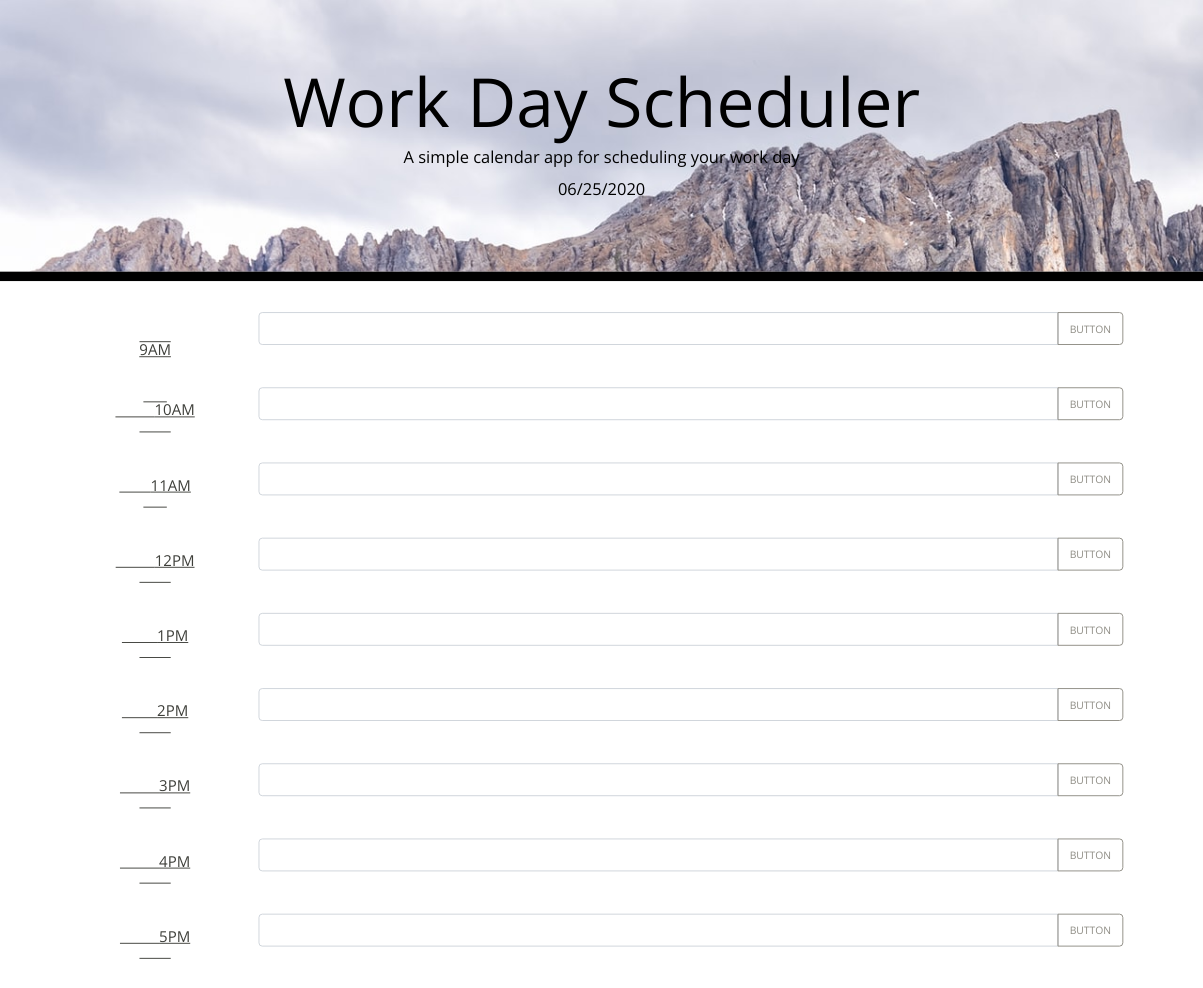
Repository: himaja830/Day-Planner
Page: Develop/index.html
An editor plug-in stored every save of this project. The page is shown before and after the next save, followed by the edit.
The browser window is 1280 px wide. The pictures show the whole page, at 94% of full size.
Some web libraries are served in a nearby version.

Above is the page before, as saved 2020-06-25 15:02:13.

After the next save:
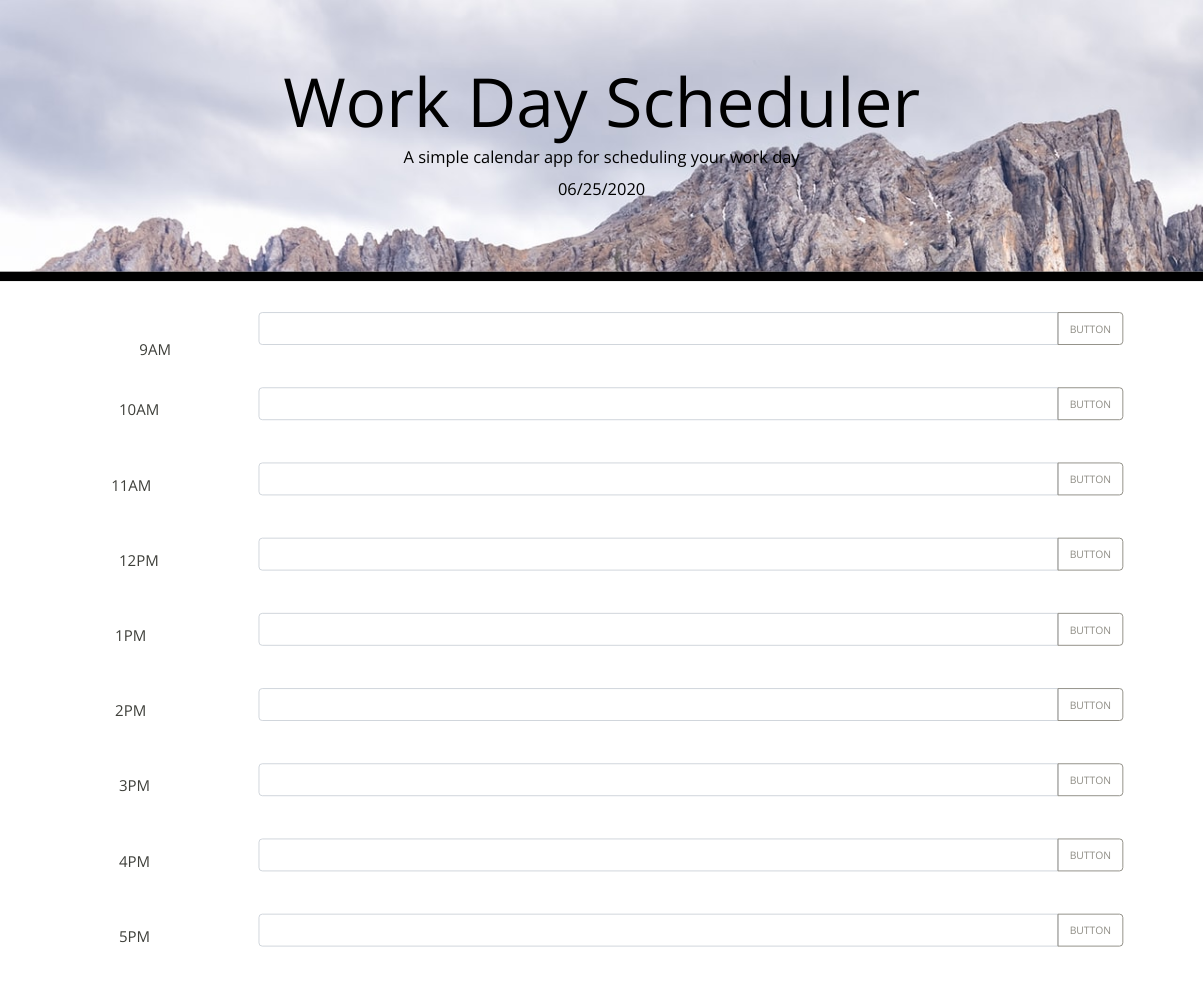
Saved 13 s later.
--- a/Develop/style.css
+++ b/Develop/style.css
@@ -66,9 +66,9 @@ textarea{
   background-color: #06AED5;
   color: white;
 }
-.col-2 {
+.time {
   text-align: center;
-  text-decoration:underline;
+  ;
 }
 
 .saveBtn i:hover {
